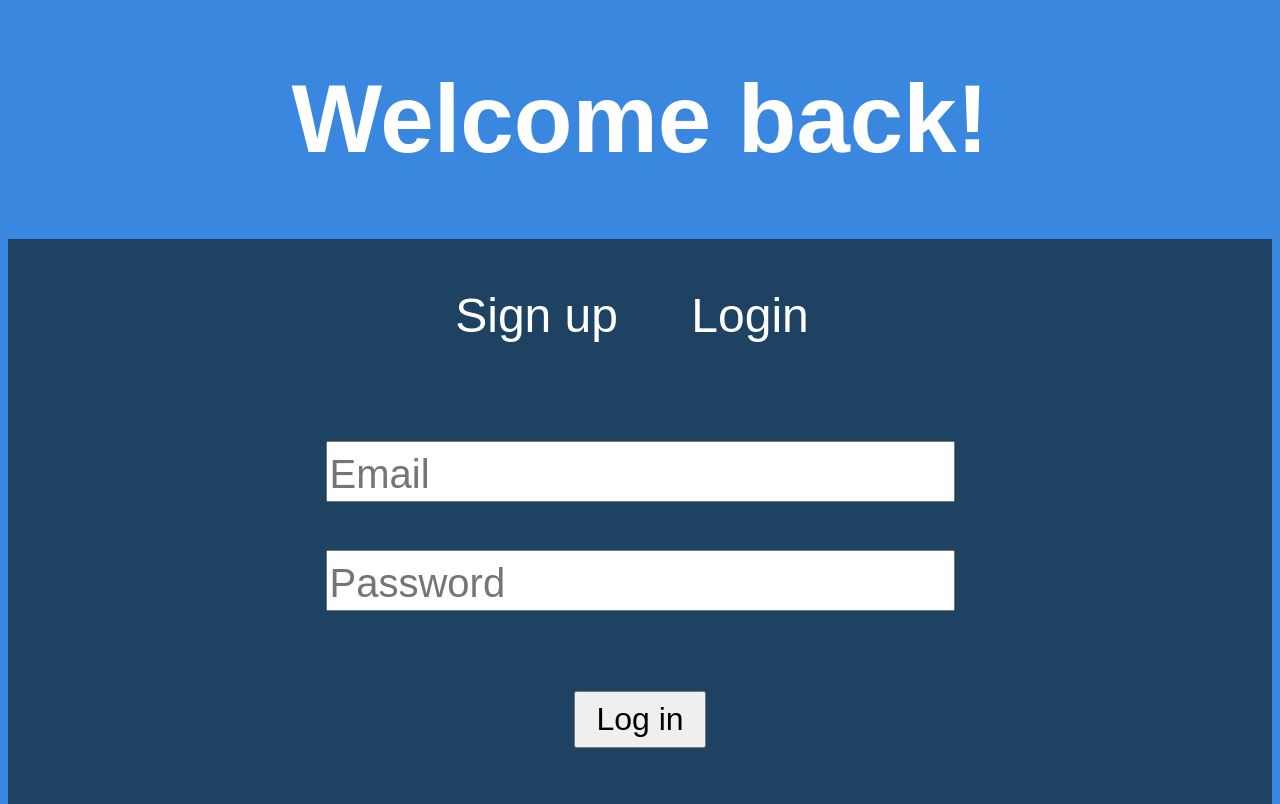
Repository: NicolasssCarlos/basic-flask-login
Page: http://localhost/
These files come from the project's save history. The page is drawn as it stood at one moment and after the next save; the edit follows.
The browser window is 1280 px wide. The pictures show the whole page.
The page is served by the project's application, run on Flask 3 (app.py).

Above is the page before, as saved 2025-06-11 20:45:41.

### templates/index.html
<!DOCTYPE html>
<html lang="en">
<head>
    <meta charset="UTF-8">
    <meta name="viewport" content="width=device-width, initial-scale=1.0">


    <link rel="stylesheet" href="{{url_for('static', filename='main.css')}}">
    <title>Document</title>
</head>
<body class="login">


    <div class="container">


        <h1>Welcome back!</h1>


        <div class="log-in">


            <form method="post">


                <div class="buttons">


                    <button type="button" onclick="window.location.href='/signup'">Sign up</button>


                    <button type="button" onclick="window.location.href='/'">Login</button>



                </div>


                <div class="inputs">


                    <input type="email" name="email" placeholder="Email">


                    <input type="password" name="password" placeholder="Password">


                    <button type="submit">Log in</button>



                </div>



            </form>



        </div>


        {% if welcome %}


            {{ welcome }}


        {% elif error %}


            {{ error }}


        {% endif %}



    </div>



</body>
</html>

### app.py
from flask import Flask, render_template, request
import sqlite3



app = Flask(__name__)



connection = sqlite3.connect("users_log.db", check_same_thread=False)
cursor = connection.cursor()



cursor.execute("""
    CREATE TABLE IF NOT EXISTS users_log (
        id INTEGER PRIMARY KEY AUTOINCREMENT,
        name TEXT,
        username TEXT,
        email TEXT,
        password TEXT
    )
""")

@app.route("/", methods=["POST", "GET"])
def home():
    welcome = error = ""

    if request.method == "POST":
        email = request.form.get("email")
        password = request.form.get("password")

        cursor.execute("SELECT * FROM users_log WHERE email = ?", (email,))
        user_found = cursor.fetchone()

        if user_found:
            if user_found[4] == password:
                welcome = f"Welcome, {user_found[1]}"
            else:
                error = "Login failed. Incorrect email or password"

    return render_template("index.html", welcome=welcome, error=error)

@app.route("/signup", methods=["POST", "GET"])
def signup():
    errors = []
    welcome = ""

    if request.method == "POST":
        name = request.form.get("name")
        username = request.form.get("username")
        email = request.form.get("email")
        password = request.form.get("password")

        if name and username and email and password:
            cursor.execute("SELECT * FROM users_log WHERE email = ?", (email,))
            if cursor.fetchone():
                errors.append("Email is already in use")

            cursor.execute("SELECT * FROM users_log WHERE username = ?", (username,))
            if cursor.fetchone():
                errors.append("Username is already in use")

            if not errors:
                cursor.execute(
                    "INSERT INTO users_log (name, username, email, password) VALUES (?, ?, ?, ?)",
                    (name, username, email, password)
                )

                cursor.execute("SELECT * FROM users_log WHERE username = ?", (username,))
                user = cursor.fetchone()
                user_name = user[1]
                welcome = f"Welcome, {user_name}"

    return render_template("login.html", errors=errors, welcome=welcome)

if __name__ == "__main__":
    app.run(debug=True)

### static/main.css
.login {

    font-family: Arial, Helvetica, sans-serif;


    font-size: 3rem;


    background-color: #3a87df;


    color: #fff;


    margin-bottom: 0;



}


.login h1 {


    align-items: center;


    justify-content: center;


    text-align: center;



}


.login .container .log-in {


    background-color: #1e4262;


    color: #fff;



}


.inputs {



    display: flex;


    flex-direction: column;


    gap: 1rem;


    width: 30%;


    margin: 0 auto;


    margin-top: 2.1rem;


    align-items: center;


    justify-content: center;


    text-align: center;
}


.inputs input {


    font-size: 3rem;


    margin-bottom: 1rem;


    margin-top: 1rem;



}


.inputs button {


    font-size: 2rem;


    width: 35%;


    align-items: center;


    justify-content: center;


    text-align: center;


    padding: 0.5rem;


    margin-top: 3rem;


    margin-bottom: 3.5rem;



}


.login .container .buttons {


    align-items: center;


    justify-content: center;


    text-align: center;



}


.buttons button {


    border: transparent;


    font-size: 3rem;


    background: transparent;


    color: #fff;


    margin-left: 1rem;

    margin-right: 2rem;


    cursor: pointer;


    margin-top: 3rem;


    margin-bottom: 3rem;



}


.inputs input::placeholder {


    font-size: 2.5rem;
}

After the next save:
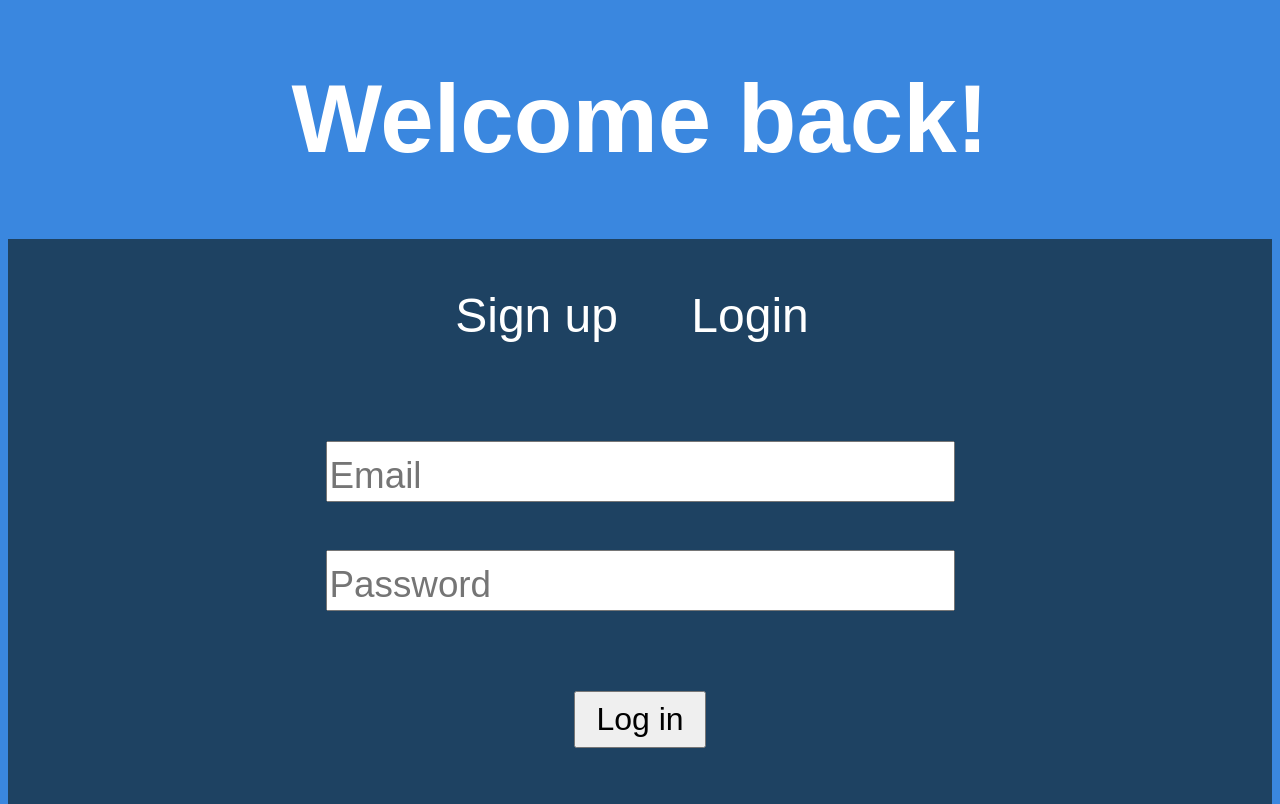
Saved 4 s later.
--- a/static/main.css
+++ b/static/main.css
@@ -179,5 +179,5 @@
 .inputs input::placeholder {
 
 
-    font-size: 2.5rem;
+    font-size: 2.3rem;
 }
